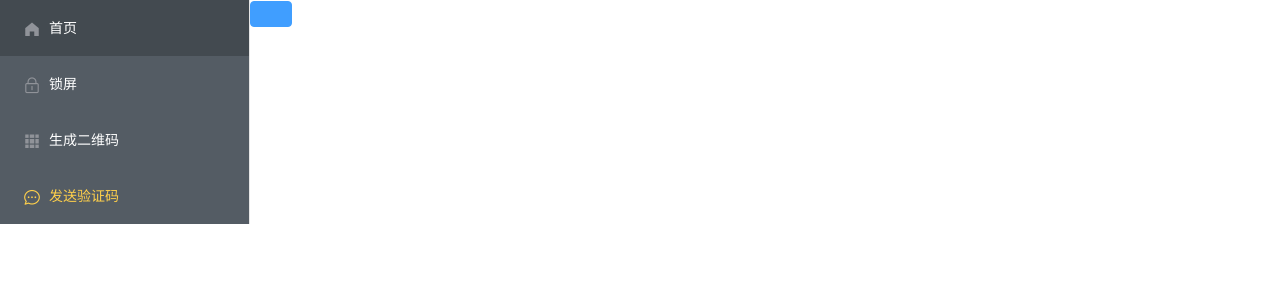
Repository: wujingwenwu/-vue-2.0
Page: /countdown
The author's editor kept a copy of each file at every save. The page is drawn from the files as they stood at one save, then again after the next save.
The browser window is 1280 px wide. The pictures show the whole page.
The project was rebuilt for these pictures with package versions that can differ from the ones it lists, and the page was loaded fresh each time. Also part of the build but not shown: src/views/Home.vue, src/components/w-lockScreen/w-lockScreen.vue, src/components/w-qrcode/w-qrcode.vue.

Above is the page before, as saved 2020-10-01 17:50:48.

After the next save:
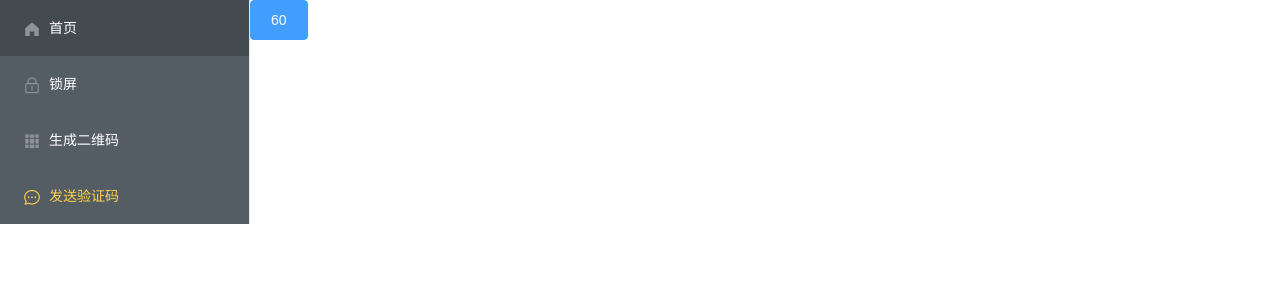
Saved 65 s later.
--- a/src/components/w-countdown/w-countdown.vue
+++ b/src/components/w-countdown/w-countdown.vue
@@ -8,7 +8,12 @@
  export default {
    name:'',
    props:{
-
+     time:{
+         type: Number,
+     },
+     name:{
+         type: String,
+     }
     },
    data () {
      return {
